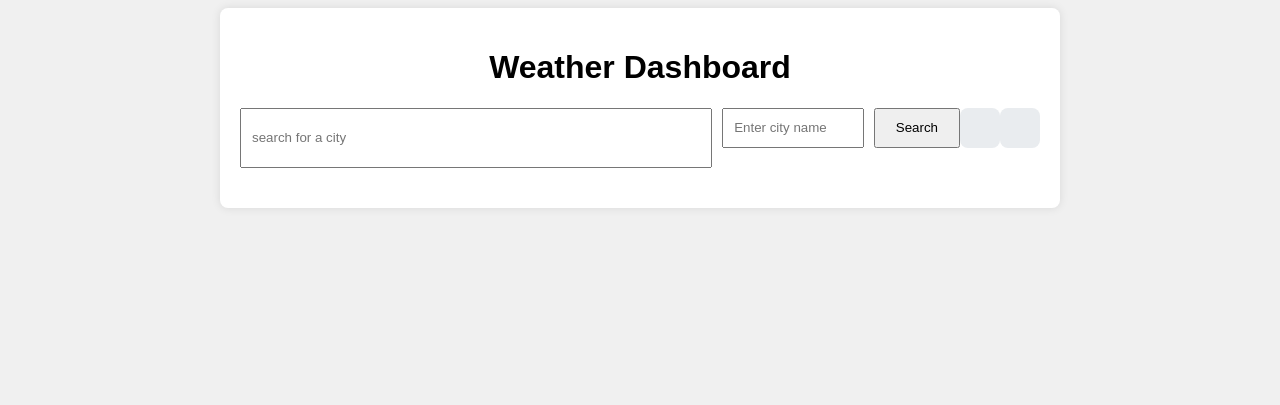
Repository: PaigeC001/WeatherOutlookTracker
Page: WeatherOutlookTracker/index.html
An editor plug-in stored every save of this project. The page is shown before and after the next save, followed by the edit.
The browser window is 1280 px wide. The pictures show the whole page.

Above is the page before, as saved 2024-07-16 04:02:01.

After the next save:
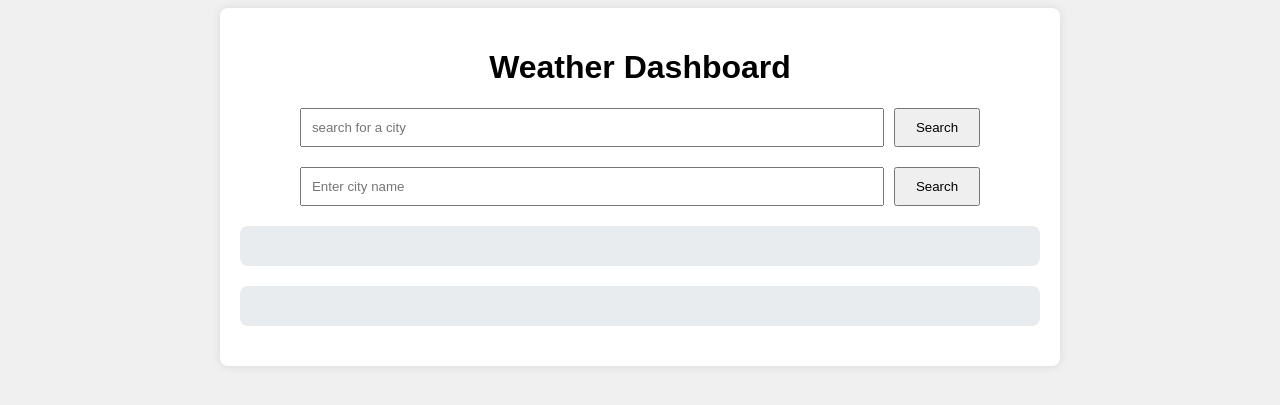
Saved 64 s later.
--- a/WeatherOutlookTracker/index.html
+++ b/WeatherOutlookTracker/index.html
@@ -12,7 +12,8 @@
     </header>
     <main>
         <section class="search-section">
-            <input type="text" id="city-input" placeholder="search for a city"
+            <input type="text" id="city-input" placeholder="search for a city">
+            <button id="search-button">Search</button>
     </main>
         <div class="search-section">
             <input type="text" id="city-input" placeholder="Enter city name">
